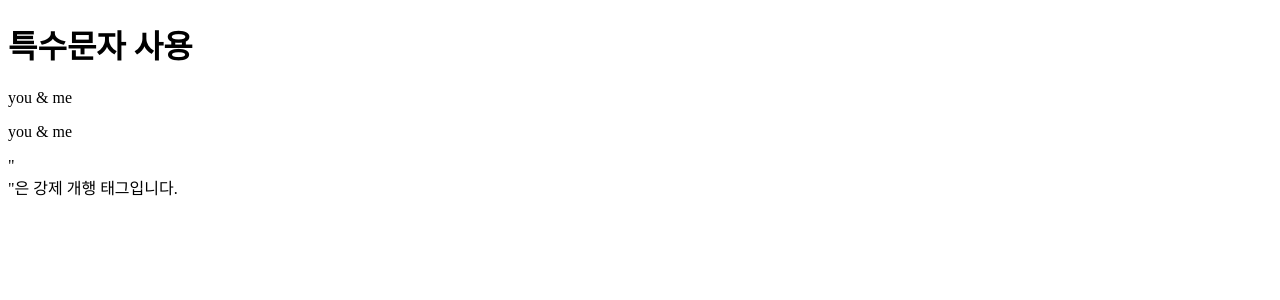
Repository: masima305/html_study
Page: Ex_1220/WebContent/day1/entity_tag.html
These files come from the project's save history. The page is drawn as it stood at one moment and after the next save; the edit follows.
The browser window is 1280 px wide. The pictures show the whole page.

Above is the page before, as saved 2017-12-20 05:45:31.

After the next save:
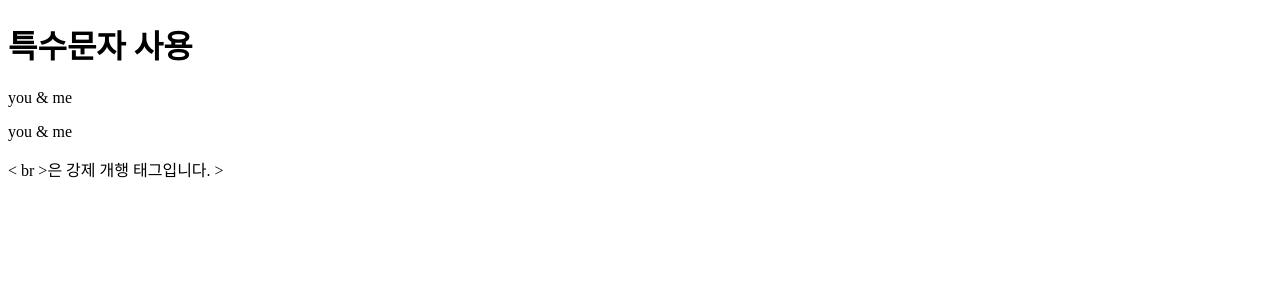
Saved 2 min 24 s later.
--- a/Ex_1220/WebContent/day1/entity_tag.html
+++ b/Ex_1220/WebContent/day1/entity_tag.html
@@ -14,7 +14,10 @@
 
 
 		<p>
-			"<br>"은 강제 개행 태그입니다.
+			&lt; br &gt;은 강제 개행 태그입니다.
+			<!-- little then < -->
+			<!--  greater then > -->>
+
 		</p>
 
 	</body>
